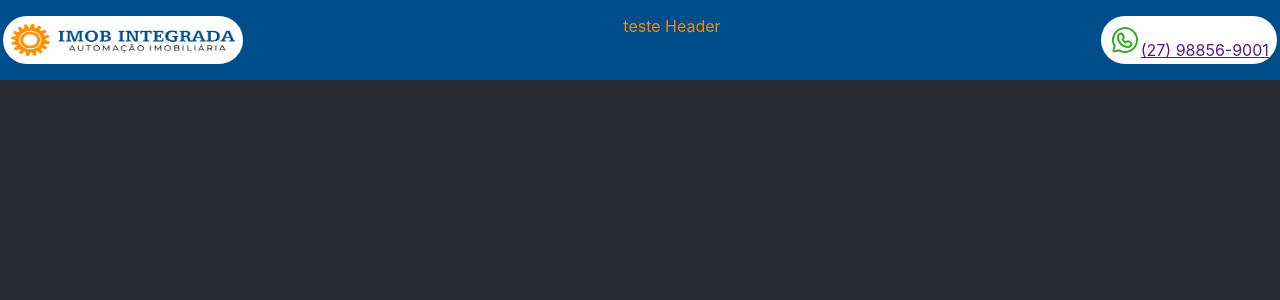
Repository: K0slov/testeAPI
Page: /
These files come from the project's save history. The page is drawn as it stood at one moment and after the next save; the edit follows.
The browser window is 1280 px wide. The pictures show the whole page.
The project was rebuilt for these pictures with package versions that can differ from the ones it lists, and the page was loaded fresh each time. Also part of the build but not shown: vite.config.ts.

Above is the page before, as saved 2022-06-27 15:10:43.

After the next save:
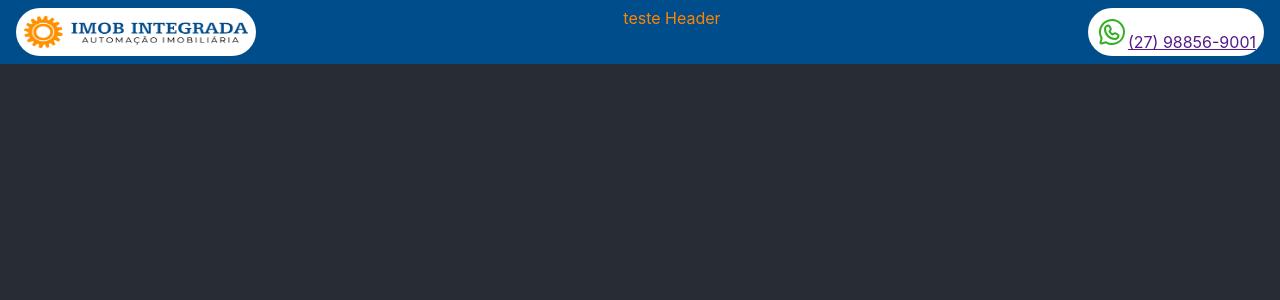
Saved 74 s later.
--- a/src/components/Header/style.modeule.css
+++ b/src/components/Header/style.modeule.css
@@ -1,5 +1,5 @@
 header{
-    padding: 1rem 0.2rem;
+    padding: 0.5rem 1rem;
     background-color: #004d8b;
     display: flex;
     align-itens: center;
